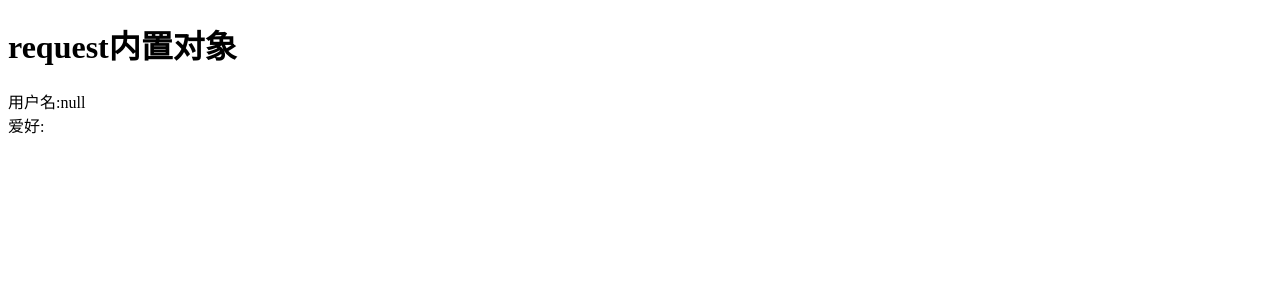
Repository: LauJoeng/JavaEE
Page: http://localhost/JspBaseElementDemo/request.jsp
The author's editor kept a copy of each file at every save. The page is drawn from the files as they stood at one save, then again after the next save.
The browser window is 1280 px wide. The pictures show the whole page.
The page is served by Tomcat 9.

Above is the page before, as saved 2017-11-19 10:16:56.

After the next save:
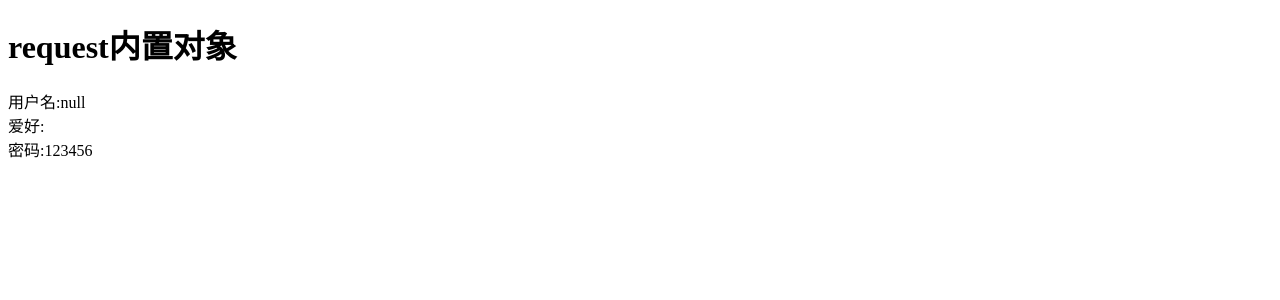
Saved 2 h 18 min later.
--- a/JspBaseElementDemo/WebContent/request.jsp
+++ b/JspBaseElementDemo/WebContent/request.jsp
@@ -8,7 +8,10 @@
 </head>
 <body>
 	<h1>request内置对象</h1>
-	<% request.setCharacterEncoding("utf-8");%><!-- 解决中文乱码问题  无法解决URL传递中文出现乱码问题-->
+	<%
+		request.setCharacterEncoding("utf-8");//解决中文乱码问题  无法解决URL传递中文出现乱码问题
+		request.setAttribute("password","123456");
+	%>
 	用户名:<%=request.getParameter("username") %><br>
 	爱好:
 	<%
@@ -20,6 +23,7 @@
 				out.println(favorites[i]+"&nbsp;&nbsp");
 			}
 		}
-	%>
+	%><br>
+	密码:<%=request.getAttribute("password") %><br>
 </body>
 </html>
